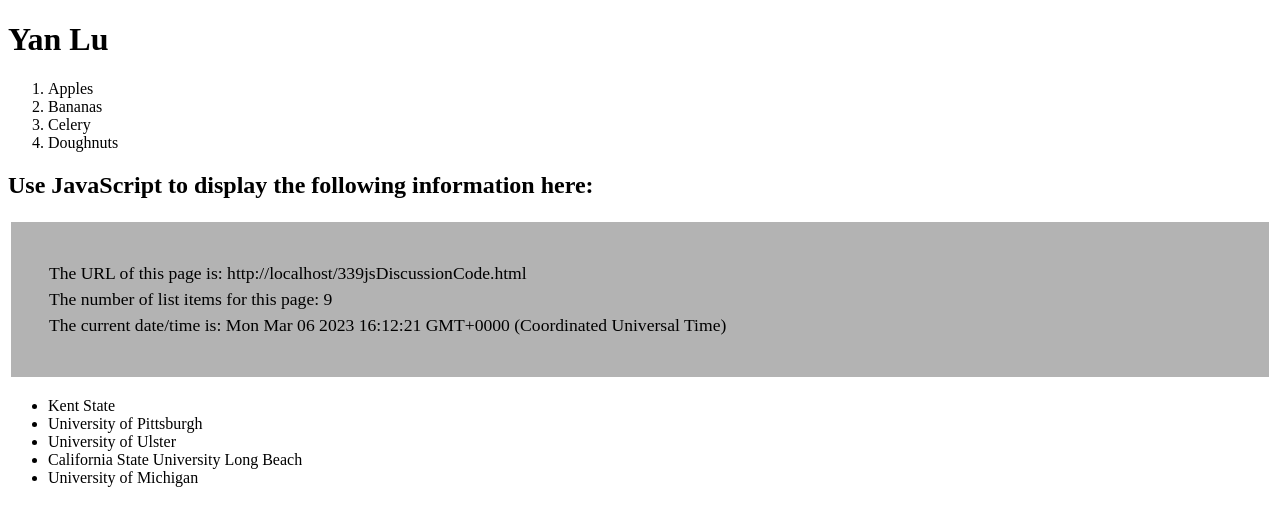
Repository: lulyany/discussionwk10
Page: 339jsDiscussionCode.html
The author's editor kept a copy of each file at every save. The page is drawn from the files as they stood at one save, then again after a run of saves.
The browser window is 1280 px wide. The pictures show the whole page.

Above is the page before, as saved 2023-11-01 20:35:47.

### 339jsDiscussionCode.html
<!DOCTYPE html>
<html lang="en">
<head>
	<meta charset="UTF-8">
	<title>JavaScript Discussion</title>
	<style>
		p{
			background-color: #b3b3b3;
			border: 3px solid #FFFFFF;
			padding: 3%;
			font-size: 1.1em;
			line-height: 1.5;
		}
	</style>

	<script type="text/javascript">
	function displayInformation () {
		// Your code goes here.
		// Do not change any other code in this file
		// All of the steps below must be achieved using JavaScript!


		// 1. Change the h1 element to your name.

		document.querySelector("h1").textContent = "Yan Lu";


		// 2. Update the three span elements using ONLY JavaScript

		document.getElementById("URL").textContent += window.location.href;

		document.getElementById("items").textContent = document.querySelectorAll("li").length;

		document.getElementById("time").textContent = Date();




		// 3. Change the background color and margin for the entire page.



    }

    // 4. If someone uses the keyboard shortcut to copy the words "University of Michigan" then add the words "Go Blue" to the final div.
    // Each occurence should be on a separate line.  Don't use
    // paragraphs.

</script>

</head>
<body onload="displayInformation()">
	<h1>Your name goes here</h1>

	<ol>
		<li>Apples</li>
		<li>Bananas</li>
		<li>Celery</li>
		<li>Doughnuts</li>
	</ol>
	<h2>Use JavaScript to display the following information here:</h2>
	<p>
		The URL of this page is: <span id = "URL"></span><br/>
		The number of list items for this page: <span id = "items"></span><br/>
		The current date/time is: <span id = "time"></span><br/>
	</p>
	<ul>
		<li>Kent State</li>
		<li>University of Pittsburgh</li>
		<li>University of Ulster</li>
		<li>California State University Long Beach</li>
		<li oncopy="copyFunction()">University of Michigan</li>
	</ul>
	<div id="cheer">

	</div>

</body>
</html>

After the next 2 saves:
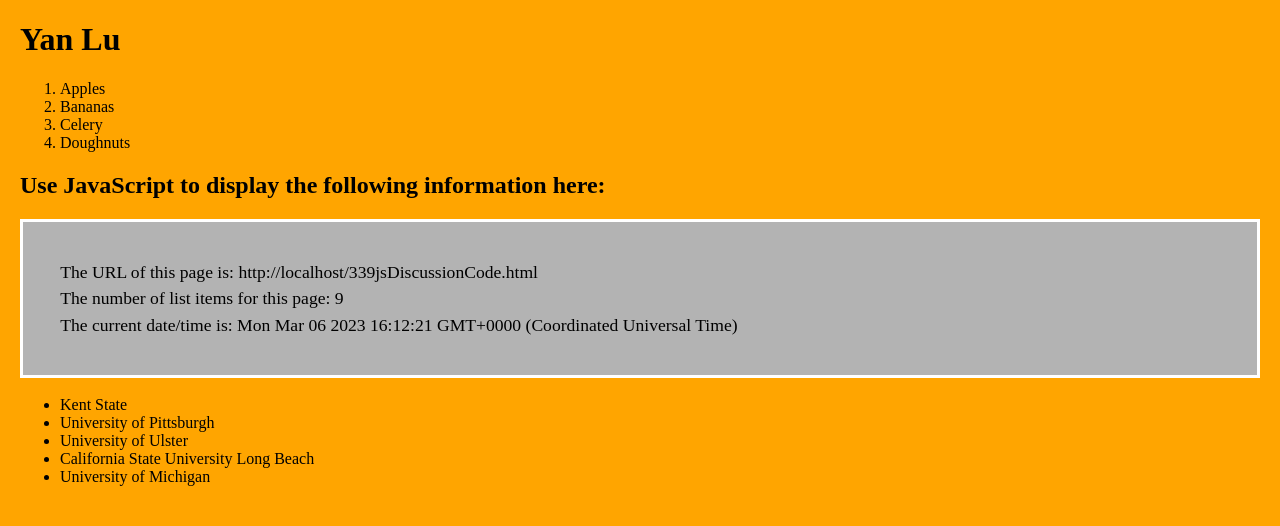
The 2 saves are shown as one change because they came seconds apart.
The last was saved 28 s later.
--- a/339jsDiscussionCode.html
+++ b/339jsDiscussionCode.html
@@ -37,7 +37,8 @@
 
 
 		// 3. Change the background color and margin for the entire page.
-
+		document.body.style.backgroundColor = "orange";
+		document.body.style.margin = "20px";
 
 
     }

After the save that followed:
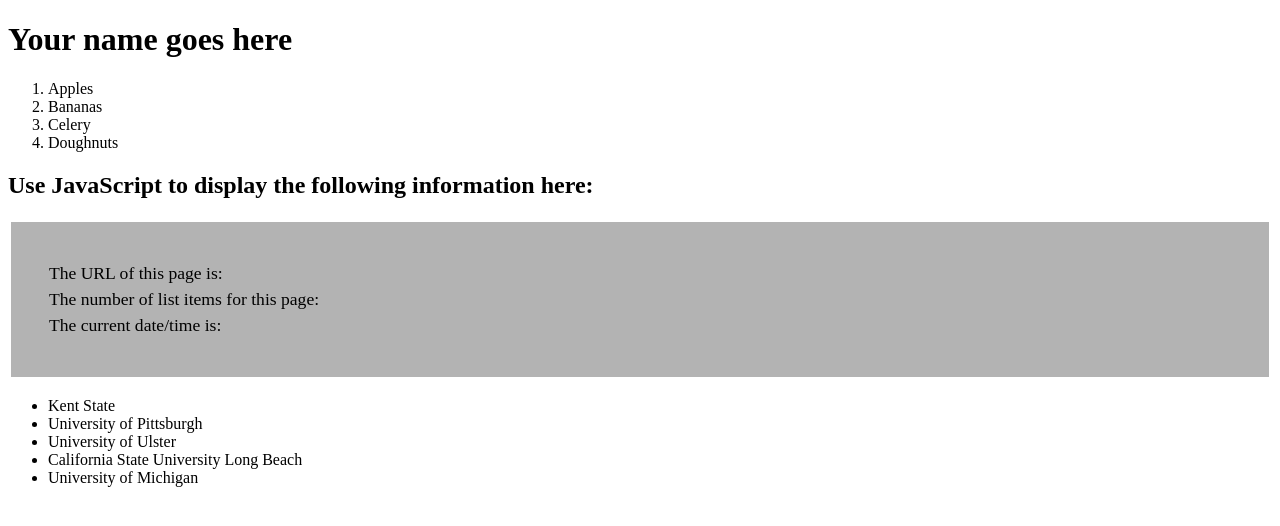
Console error: SyntaxError: Unexpected token '.'
Saved 19 s later.
--- a/339jsDiscussionCode.html
+++ b/339jsDiscussionCode.html
@@ -37,7 +37,7 @@
 
 
 		// 3. Change the background color and margin for the entire page.
-		document.body.style.backgroundColor = "orange";
+		document..style.backgroundColor = "orange";
 		document.body.style.margin = "20px";
 
 
